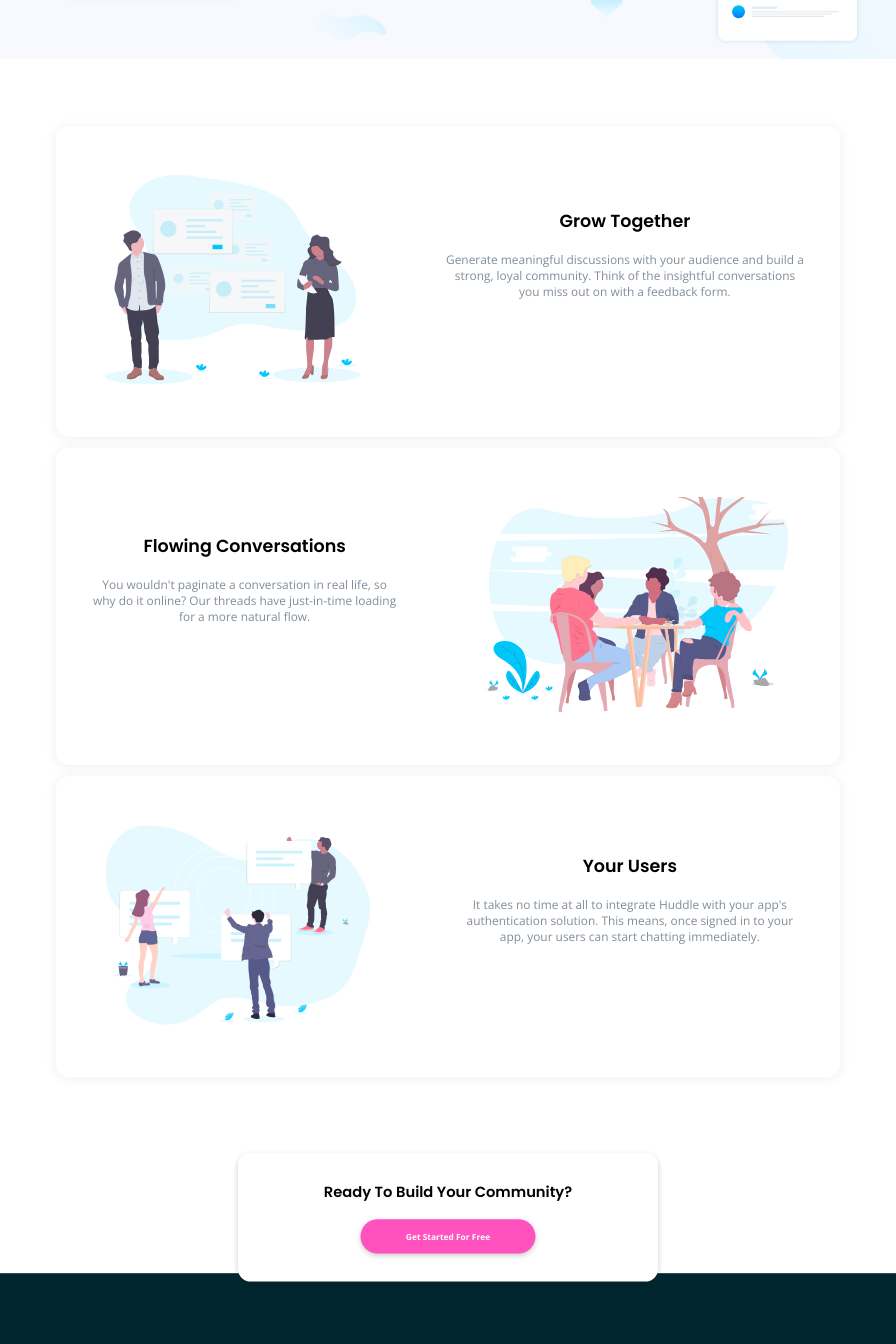
Repository: DejV44/Huddle-landing-page
Page: index.html
The author's editor kept a copy of each file at every save. The page is drawn from the files as they stood at one save, then again after the next save.
The browser window is 1280 px wide. The pictures show the part of the page from y = 507 to 2427 px (the page is 3140 px tall before and 3149 px after), at 70% of full size.
The style sheet was rebuilt from its Sass, Less or Tailwind sources for each picture, by a compiler version that may differ from the author's.

Above is the page before, as saved 2021-08-22 14:08:58.

After the next save:
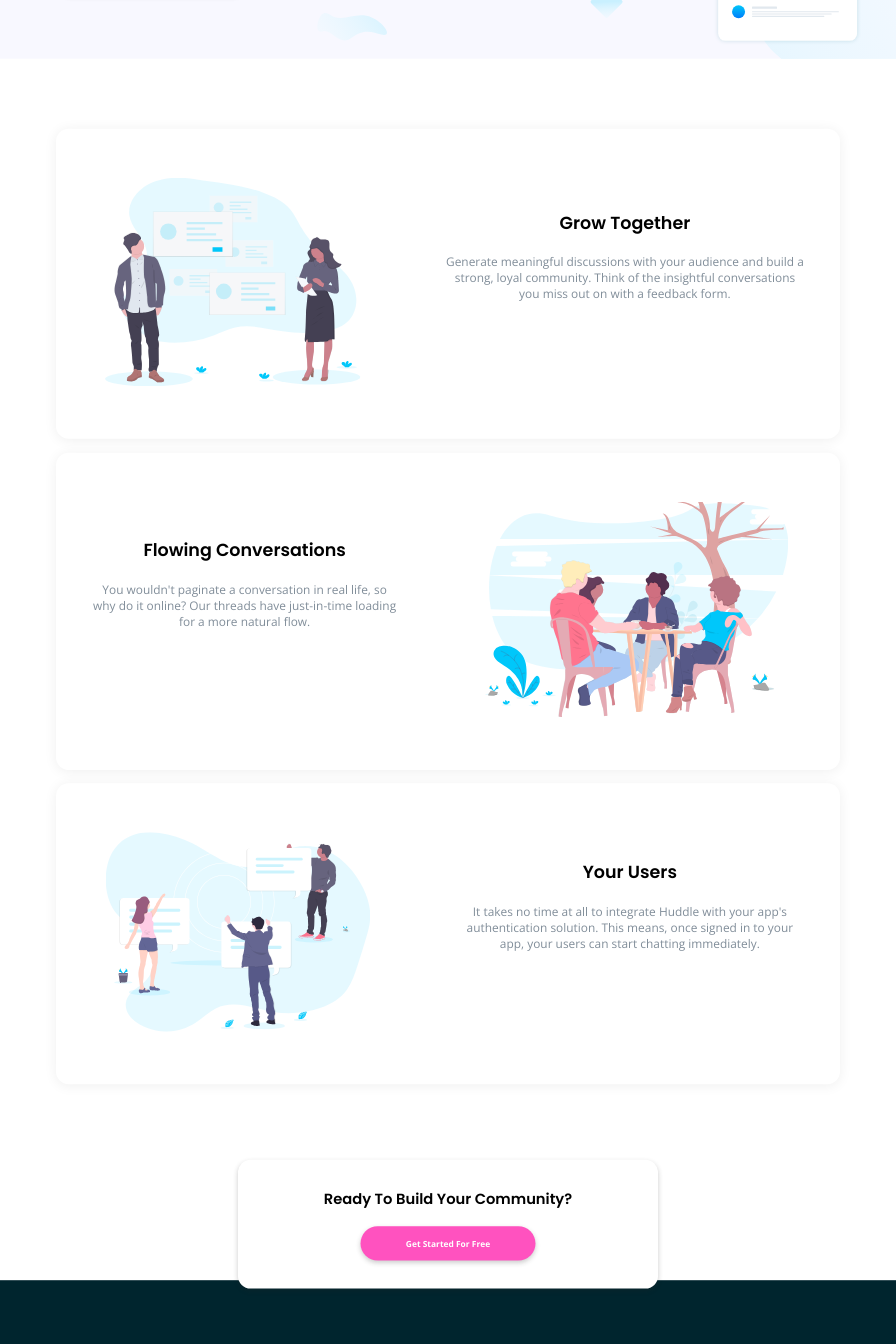
Saved 11 s later.
--- a/css/_mixin.scss
+++ b/css/_mixin.scss
@@ -1,7 +1,7 @@
 @mixin cards {
     display: flex;
     flex-direction: column;
-    margin: 1rem auto 1rem auto;
+    margin: 1.2rem auto 1rem auto;
     text-align: center;
     box-shadow: rgba(0, 0, 0, 0.068) 0px 2px 18px;
     border-radius: 18px;
